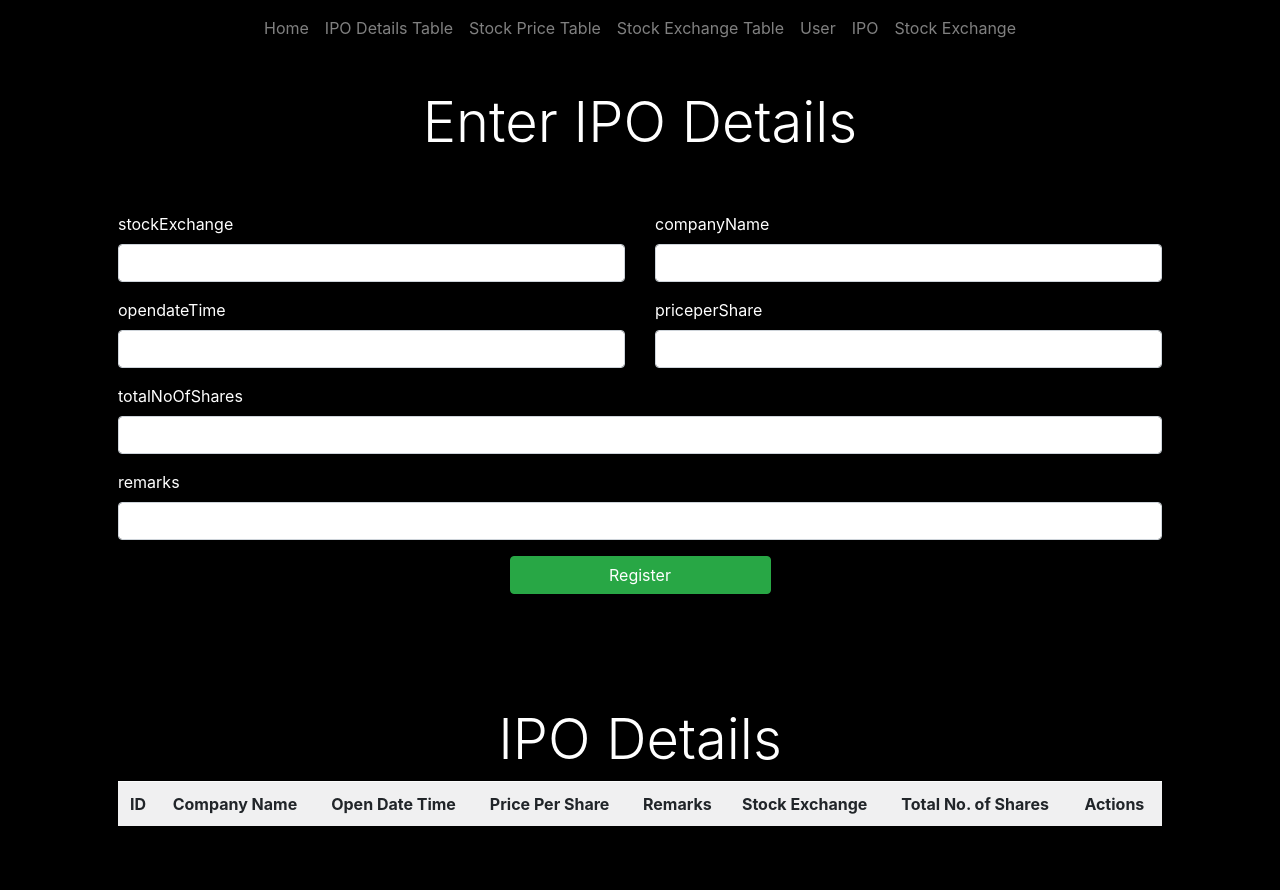
Repository: Gurudutt-S/cts-training
Page: http://localhost/StockExchangeChartingWeb/WEB-INF/views/ipos.jsp
The author's editor kept a copy of each file at every save. The page is drawn from the files as they stood at one save, then again after the next save.
The browser window is 1280 px wide. The pictures show the whole page.
The page is served by Tomcat 9. Nobody is signed in. The template is opened directly, without the code that normally fills it, so the values that code supplies are empty.

Above is the page before, as saved 2020-02-12 11:51:43.
Console error (its wording comes from the project's code and is left out).

After the next save:
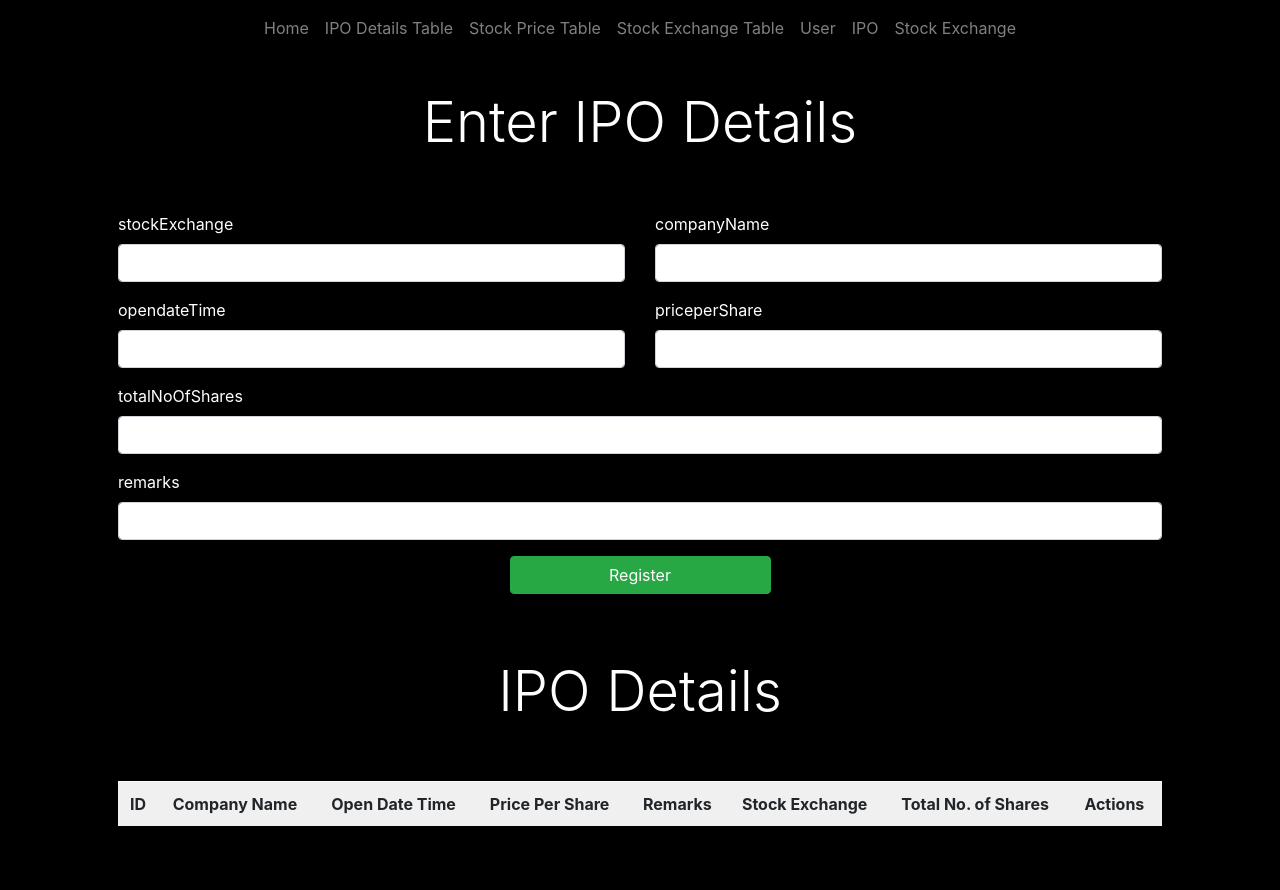
Saved 21 s later.
--- a/Day_36/StockExchangeChartingWeb/src/main/webapp/WEB-INF/views/ipos.jsp
+++ b/Day_36/StockExchangeChartingWeb/src/main/webapp/WEB-INF/views/ipos.jsp
@@ -59,9 +59,8 @@
 	</form:form>
 </div>
 
-
+<h2 class="display-4 text-center">IPO Details</h2>
 <div class="container p-5">
-	<h2 class="display-4 text-center">IPO Details</h2>
 	<table class="table table-light table-hover table-striped">
 		<tr>
 			<th>ID</th>
